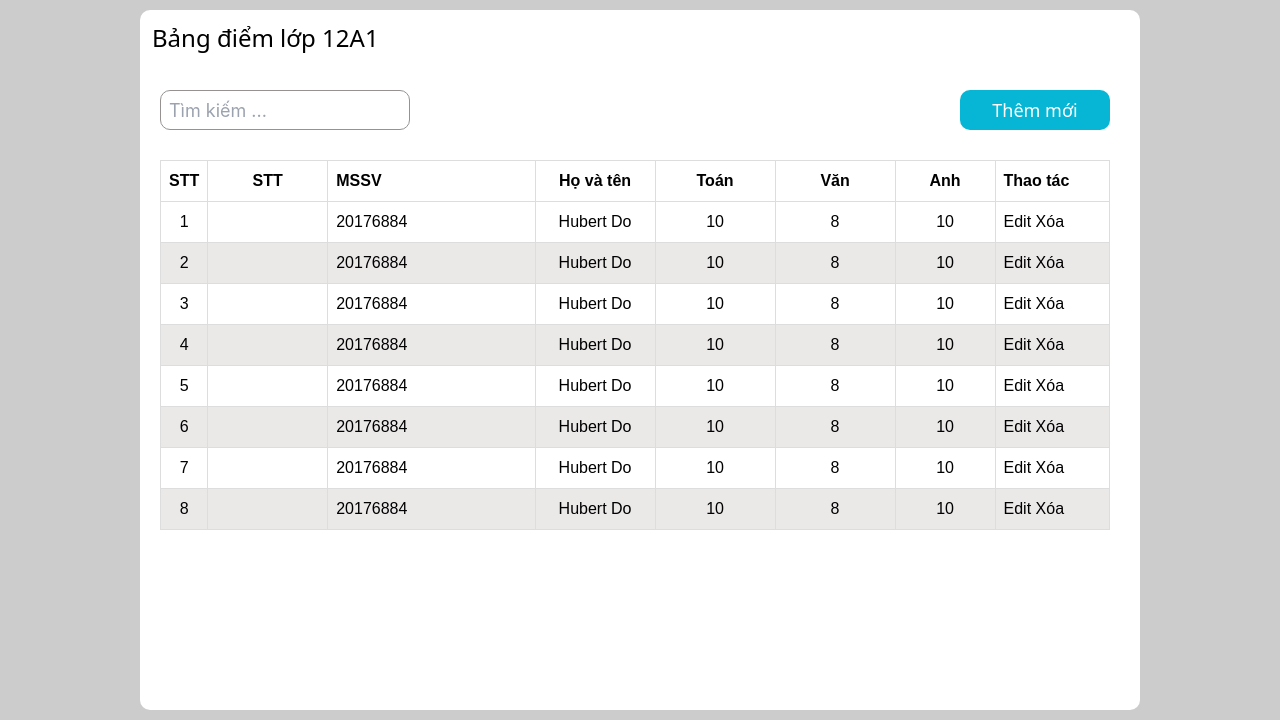
Repository: doducthuan/ReactJS-Movie
Page: /
These files come from the project's save history. The page is drawn as it stood at one moment and after the next save; the edit follows.
The browser window is 1280 px wide. The pictures show the whole page.
The project was rebuilt for these pictures with package versions that can differ from the ones it lists, and the page was loaded fresh each time. Also part of the build but not shown: src/App.css.

Above is the page before, as saved 2024-01-13 08:07:10.

### public/index.html
<!DOCTYPE html>
<html lang="en">
  <head>
    <meta charset="utf-8" />
    <link rel="icon" href="%PUBLIC_URL%/avatar_rmbg.png" />
    <meta name="viewport" content="width=device-width, initial-scale=1" />
    <meta name="theme-color" content="#000000" />
    <meta
      name="description"
      content="Web site created using create-react-app"
    />
    <link rel="apple-touch-icon" href="%PUBLIC_URL%/logo192.png" />
    <!--
      manifest.json provides metadata used when your web app is installed on a
      user's mobile device or desktop. See https://developers.google.com/web/fundamentals/web-app-manifest/
    -->
    <link rel="manifest" href="%PUBLIC_URL%/manifest.json" />
    <!--
      Notice the use of %PUBLIC_URL% in the tags above.
      It will be replaced with the URL of the `public` folder during the build.
      Only files inside the `public` folder can be referenced from the HTML.

      Unlike "/favicon.ico" or "favicon.ico", "%PUBLIC_URL%/favicon.ico" will
      work correctly both with client-side routing and a non-root public URL.
      Learn how to configure a non-root public URL by running `npm run build`.
    -->
    <title>Mèo Hen</title>
  </head>
  <body>
    <noscript>You need to enable JavaScript to run this app.</noscript>
    <div id="root"></div>
    <!--
      This HTML file is a template.
      If you open it directly in the browser, you will see an empty page.

      You can add webfonts, meta tags, or analytics to this file.
      The build step will place the bundled scripts into the <body> tag.

      To begin the development, run `npm start` or `yarn start`.
      To create a production bundle, use `npm run build` or `yarn build`.
    -->
  </body>
</html>

### src/App.js
import './App.css';
import Students from './components/students/Students';
function App() {
  return (
    <div className="App">
      <Students></Students>
    </div>
  );
}

export default App;

### src/components/students/Students.js
import React, { useMemo } from 'react';
import './styles.css';
import './style_table.css';
import { useTable } from 'react-table';
import { COLUMNS } from './Columns';
const Students = () => {
    const data = [
        { id: 20176884, name: "Hubert Do", math: 10, literature: 8, english: 10 },
        { id: 20176884, name: "Hubert Do", math: 10, literature: 8, english: 10 },
        { id: 20176884, name: "Hubert Do", math: 10, literature: 8, english: 10 },
        { id: 20176884, name: "Hubert Do", math: 10, literature: 8, english: 10 },
        { id: 20176884, name: "Hubert Do", math: 10, literature: 8, english: 10 },
        { id: 20176884, name: "Hubert Do", math: 10, literature: 8, english: 10 },
        { id: 20176884, name: "Hubert Do", math: 10, literature: 8, english: 10 },
        { id: 20176884, name: "Hubert Do", math: 10, literature: 8, english: 10 },
    ];
    const columns = useMemo(() => COLUMNS, []);
    const { getTableProps, getTableBodyProps, headerGroups, rows, prepareRow } = useTable({ columns, data });
    return (
        <div className="full-view">
            <div className="border-data">
                <p className="font-sans text-2xl ml-3 mt-3">Bảng điểm lớp 12A1</p>
                <div className="table-data">
                    <div className="search-add mt-9 flex">
                        <input className="search-all text-lg" placeholder='Tìm kiếm ...' />
                        <button className="add-student font-sans text-lg bg-cyan-500 hover:bg-cyan-600 text-white">Thêm mới</button>
                    </div>
                    <div className="table-content">
                        <table {...getTableProps()}>
                            <thead>
                                {headerGroups.map((headerGroup) => (
                                    <tr {...headerGroup.getHeaderGroupProps()}>
                                        <th>STT</th>
                                        {headerGroup.headers.map((column) => (
                                            <th {...column.getHeaderProps()}>
                                                {column.render('Header')}
                                            </th>
                                        ))}
                                        <th>Thao tác</th>
                                    </tr>
                                ))}
                            </thead>
                            <tbody {...getTableBodyProps()}>
                                {rows.map((row, index) => {
                                    prepareRow(row);
                                    return (
                                        <tr {...row.getRowProps()}>
                                            <td>{index + 1}</td>
                                            {row.cells.map((cell) => {
                                                return (
                                                    <td {...cell.getCellProps()}>
                                                        {cell.render('Cell')}
                                                    </td>
                                                );

                                            })}
                                            <td>Edit Xóa</td>
                                        </tr>
                                    );
                                })}
                            </tbody>
                        </table>

                    </div>
                </div>

            </div>
        </div>
    );
};

export default Students;

### src/components/students/styles.css
.full-view{
    display: flex;
    justify-content: center;
    align-items: center;
    height: 100vh;
    background-color: #ccc;
}
.border-data{
    width: 1000px;
    height: 700px;
    background-color: #fff;
    border-radius: 10px;
}
.table-data{
    width: 95%;
    height: 600px;
    margin-left: 20px;
}
.search-add{
    gap: 550px;
    margin-bottom: 30px;
}
.search-all{
    width: 250px;
    height: 40px;
    border: 1px solid #969292;
    border-radius: 10px;
    padding: 8px;
}
.add-student{
    width: 150px;
    height: 40px;
    border-radius: 10px;
}

### src/components/students/style_table.css
table{
    font-family: sans-serif;
    border-collapse: collapse;
    width: 100%;
}
td,th {
    border: 1px solid #dddddd;
    text-align: left;
    padding: 8px;
}
tr:nth-child(even) {
    background-color: #ebe8e8;
}
thead tr th:nth-child(1),
thead tr th:nth-child(2),
thead tr th:nth-child(4),
thead tr th:nth-child(5),
thead tr th:nth-child(6),
thead tr th:nth-child(7),
tbody tr td:nth-child(1),
tbody tr td:nth-child(2),
tbody tr td:nth-child(4),
tbody tr td:nth-child(5),
tbody tr td:nth-child(6),
tbody tr td:nth-child(7){
    text-align: center;
}

thead tr th:nth-child(1),
tbody tr td:nth-child(1){
    width: 25px;
}
thead tr th:nth-child(2),
tbody tr td:nth-child(2){
    width: 120px;
}
thead tr th:nth-child(3),
tbody tr td:nth-child(3){
    min-width: 150px;
}
thead tr th:nth-child(4),
tbody tr td:nth-child(4),
thead tr th:nth-child(5),
tbody tr td:nth-child(5),
thead tr th:nth-child(6),
tbody tr td:nth-child(6){
    width: 120px;
}
thead tr th:nth-child(7),
tbody tr td:nth-child(7){
    width: 100px;
}

### src/components/students/Columns.js
export const COLUMNS = [
    { Header: "STT", accessor: "stt" },
    { Header: "MSSV", accessor: "id" },
    { Header: "Họ và tên", accessor: "name" },
    { Header: "Toán", accessor: "math" },
    { Header: "Văn", accessor: "literature" },
    { Header: "Anh", accessor: "english" },
];

Loaded but not shown: src/index.js (common file); src/index.css (common file); src/reportWebVitals.js (common file); tailwind.config.js (common file)

After the next save:
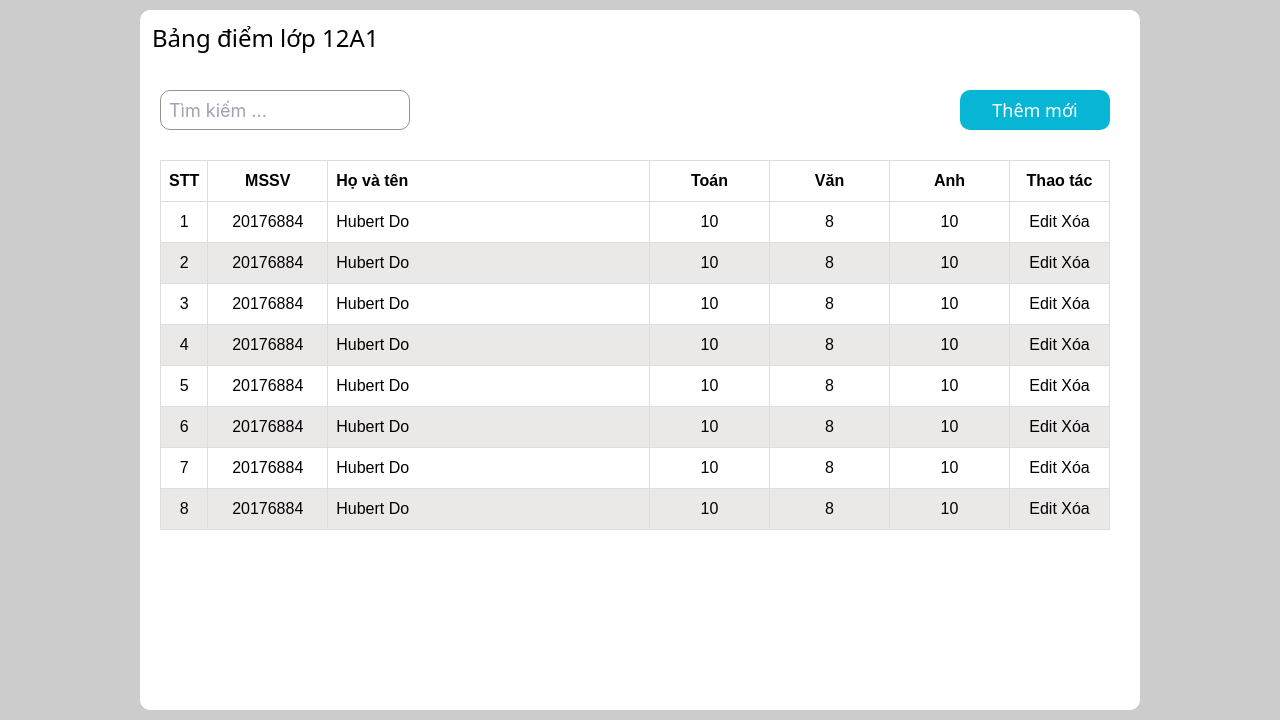
Saved 89 s later.
--- a/src/components/students/Columns.js
+++ b/src/components/students/Columns.js
@@ -1,5 +1,4 @@
 export const COLUMNS = [
-    { Header: "STT", accessor: "stt" },
     { Header: "MSSV", accessor: "id" },
     { Header: "Họ và tên", accessor: "name" },
     { Header: "Toán", accessor: "math" },
